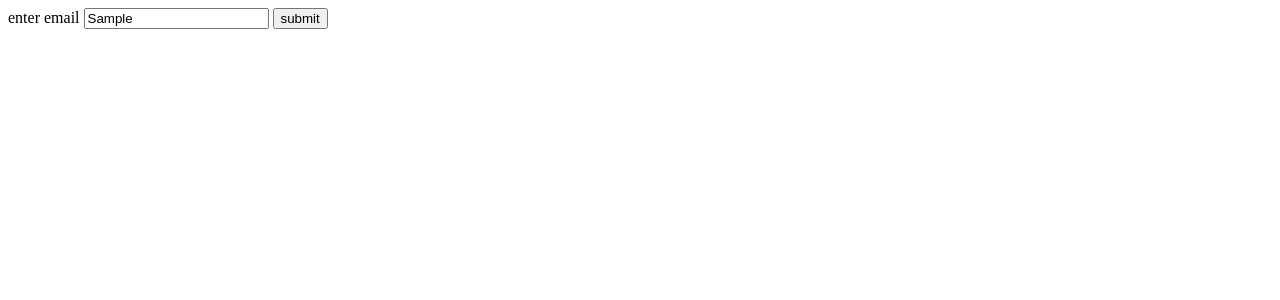
Repository: tremella/JS_Projects
Page: project 9- tme/tme/samplewebproject/index.html
The author's editor kept a copy of each file at every save. The page is drawn from the files as they stood at one save, then again after the next save.
The browser window is 1280 px wide. The pictures show the whole page.
Empty fields were first filled with sample values (such as "Sample", 5 or name@example.com).
After loading, the first visible `form` was submitted once.

Above is the page before, as saved 2021-01-31 19:04:26.

### project 9- tme/tme/samplewebproject/index.html
<!DOCTYPE html>
<html>
    <head>
        <body>
            <form>
                <label>enter email</label>
                <input/>
                <button>submit</button>
            </form>
            <h1></h1>
            <script src="index.js"></script>
        </body>
    </head>
</html>

### project 9- tme/tme/samplewebproject/index.js
document.querySelector('form').addEventListener('submit', (event) => {
    event.preventDefault();// don't submit form yet

    const { value } = document.querySelector('input'); //get the input value

    if (value.includes('@')) {
        //valid
    } else {
        //invalid
    }
})

After the next save:
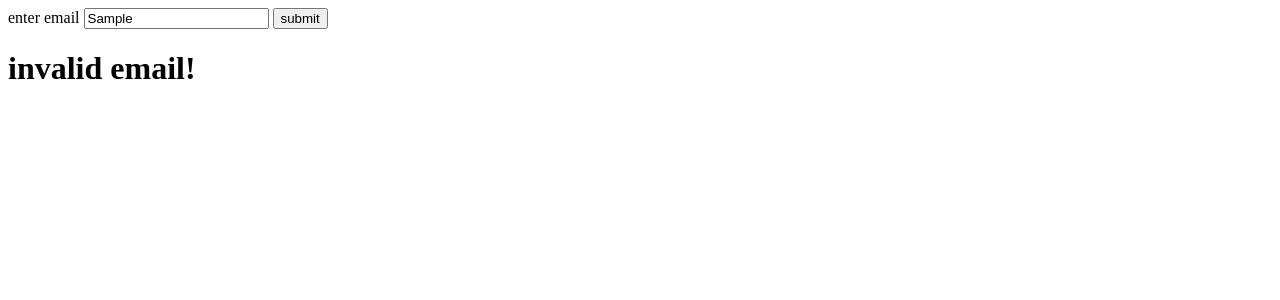
Saved 47 s later.
--- a/project 9- tme/tme/samplewebproject/index.js
+++ b/project 9- tme/tme/samplewebproject/index.js
@@ -2,10 +2,13 @@ document.querySelector('form').addEventListener('submit', (event) => {
     event.preventDefault();// don't submit form yet
 
     const { value } = document.querySelector('input'); //get the input value
-
+    const header = document.querySelector('h1') //access the h1 to alert them re; valid/invalid email
     if (value.includes('@')) {
         //valid
+        header.innerHTML = 'looks good'
     } else {
         //invalid
+        header.innerHTML = 'invalid email!'
+
     }
 })
